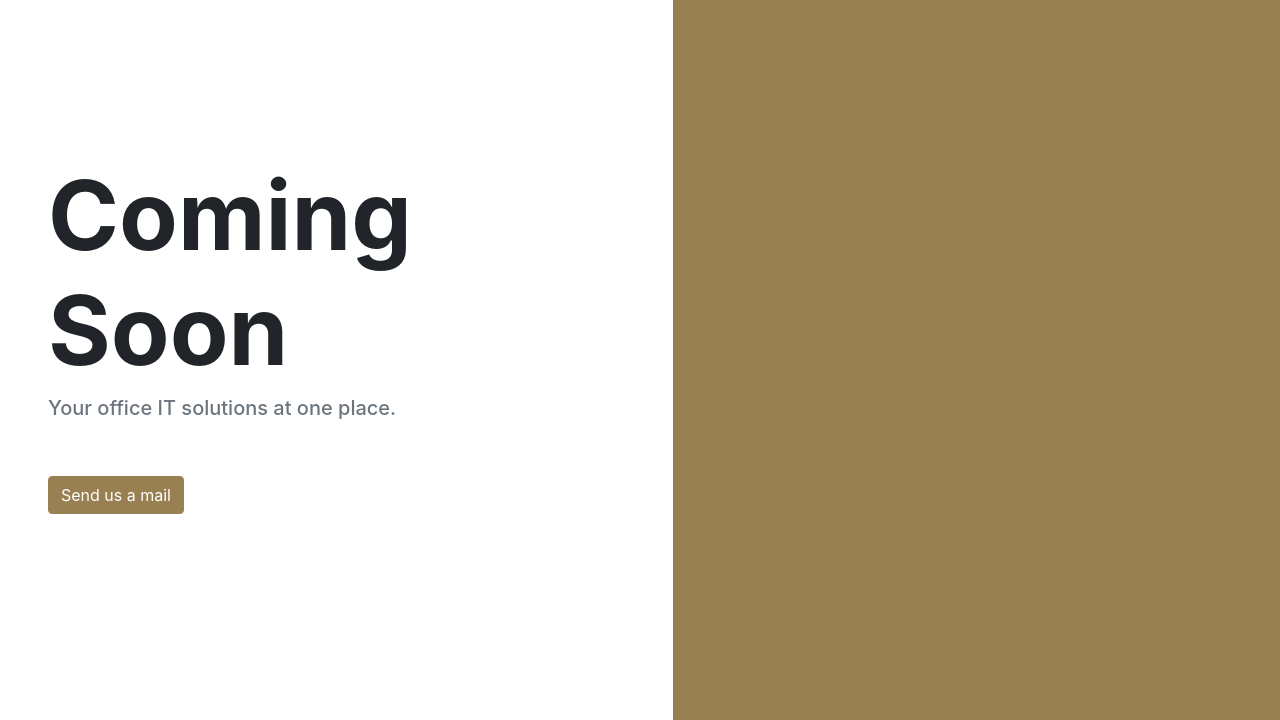
Repository: Thekxgh/website
Page: /
The author's editor kept a copy of each file at every save. The page is drawn from the files as they stood at one save, then again after a run of saves.
The browser window is 1280 px wide. The pictures show the whole page.
The project was rebuilt for these pictures with package versions that can differ from the ones it lists, and the page was loaded fresh each time.

Above is the page before, as saved 2021-07-14 09:39:52.

After the next 2 saves:
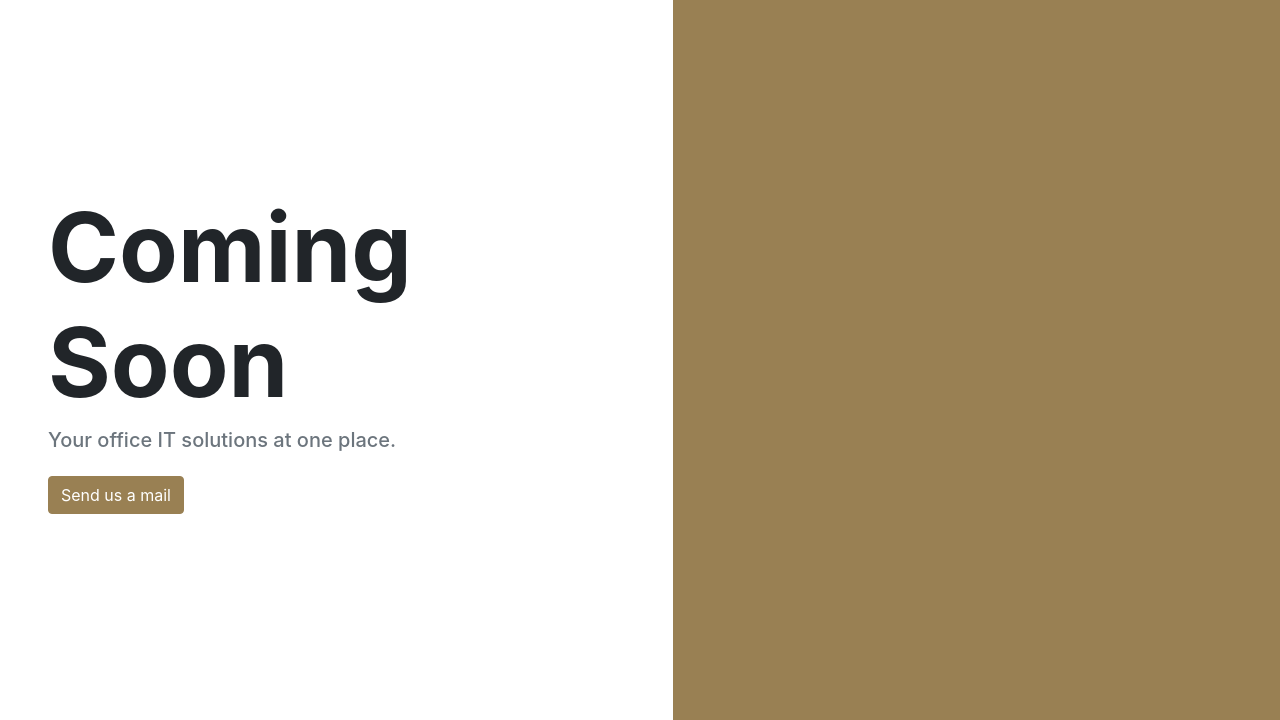
The 2 saves are shown as one change because they came seconds apart.
The last was saved 7 s later.
--- a/src/presentation/LandingPage.tsx
+++ b/src/presentation/LandingPage.tsx
@@ -7,7 +7,7 @@ export const LandingPage = () => {
             <Col className="p-5">
                 <h1 className="display-1 font-weight-bold">Coming Soon</h1>
                 <h5 className="text-muted">Your office IT solutions at one place.</h5>
-                <a className="btn btn-primary my-5" href="mailto:contact@thekxgh.com"> Send us a mail</a>
+                <a className="btn btn-primary my-3" href="mailto:contact@thekxgh.com"> Send us a mail</a>
             </Col>
             <Col className="bg-primary min-vh-100">
 
